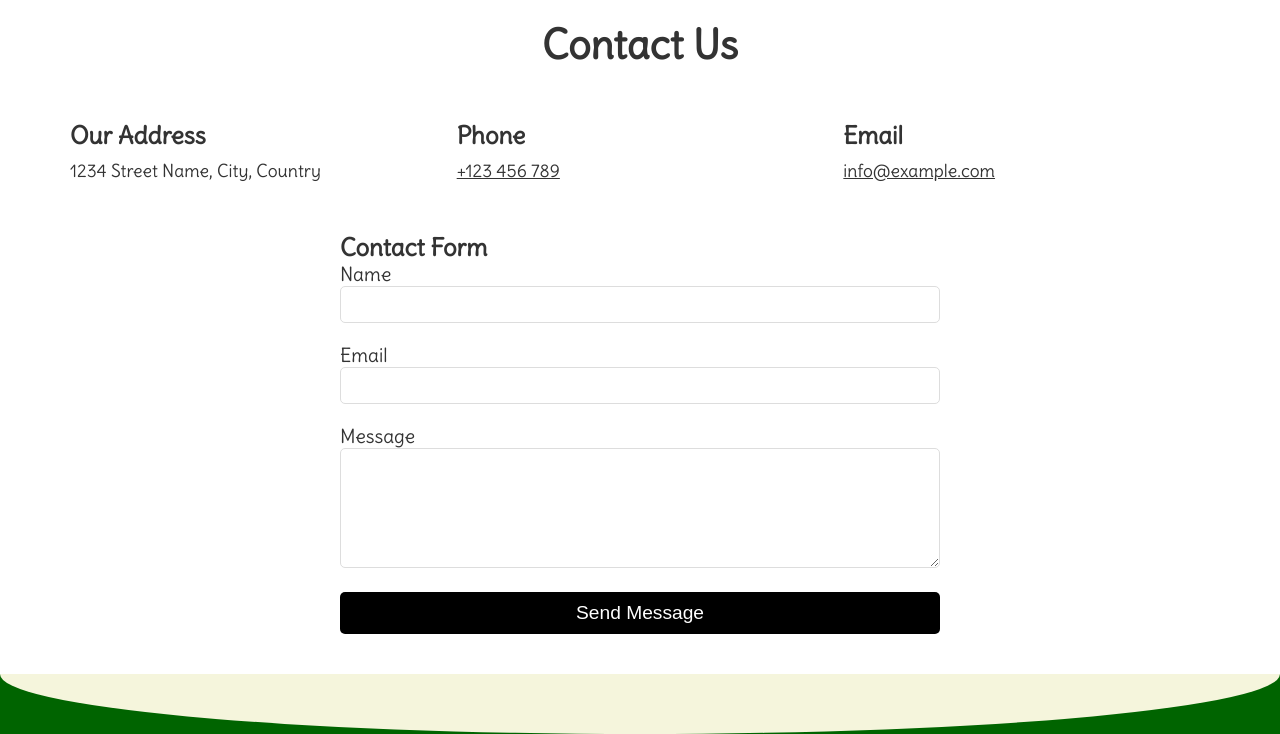
Repository: leerichie/kozi
Page: index.html
An editor plug-in stored every save of this project. The page is shown before and after the next save, followed by the edit.
The browser window is 1280 px wide. The pictures show the part of the page from y = 177 to 911 px (the page is 1050 px tall).
A picture or video elsewhere on the page could not be fetched, so the positions and the page height are approximate.

Above is the page before, as saved 2024-10-24 19:33:37.

After the next save:
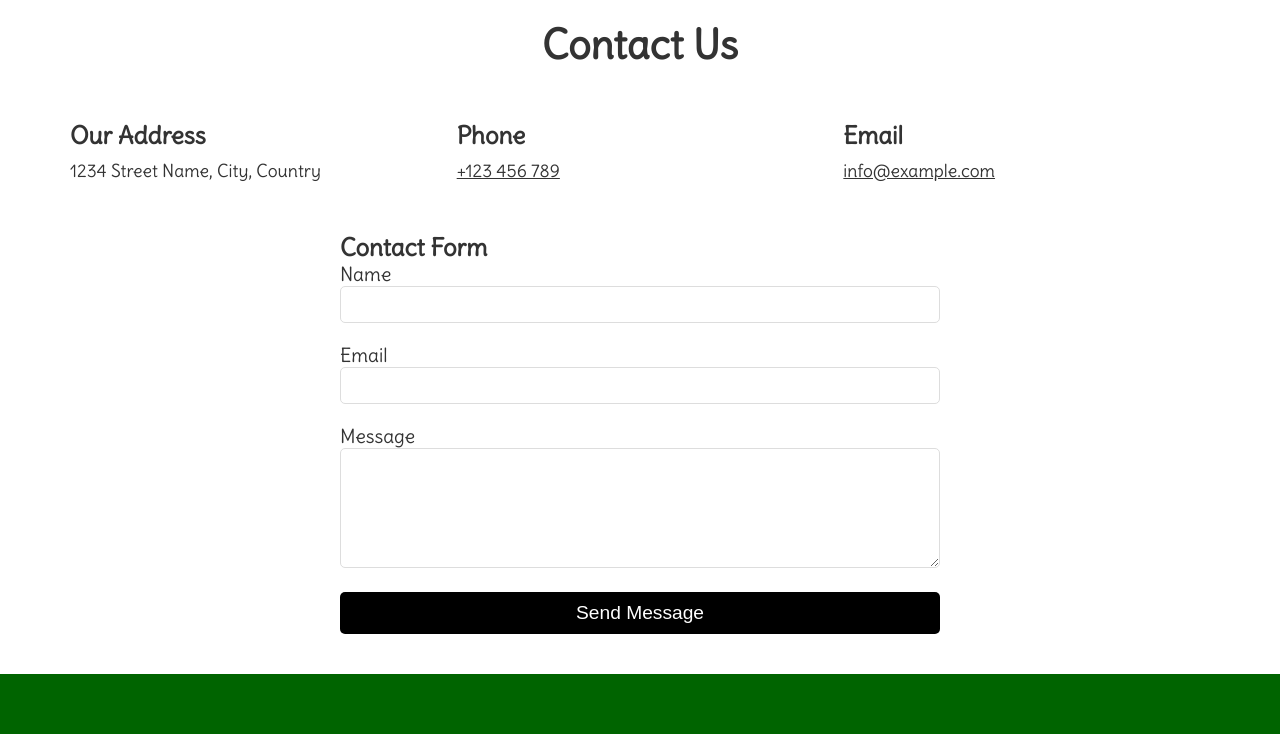
Saved 10 s later.
--- a/css/styles.css
+++ b/css/styles.css
@@ -245,7 +245,7 @@ textarea {
   left: 0;
   width: 100%;
   height: 120px;
-  background-color: beige;
+  background-color: fff;
   border-radius: 0 0 100% 100%;
   z-index: 0; /* Keep the shape behind the content */
 }
